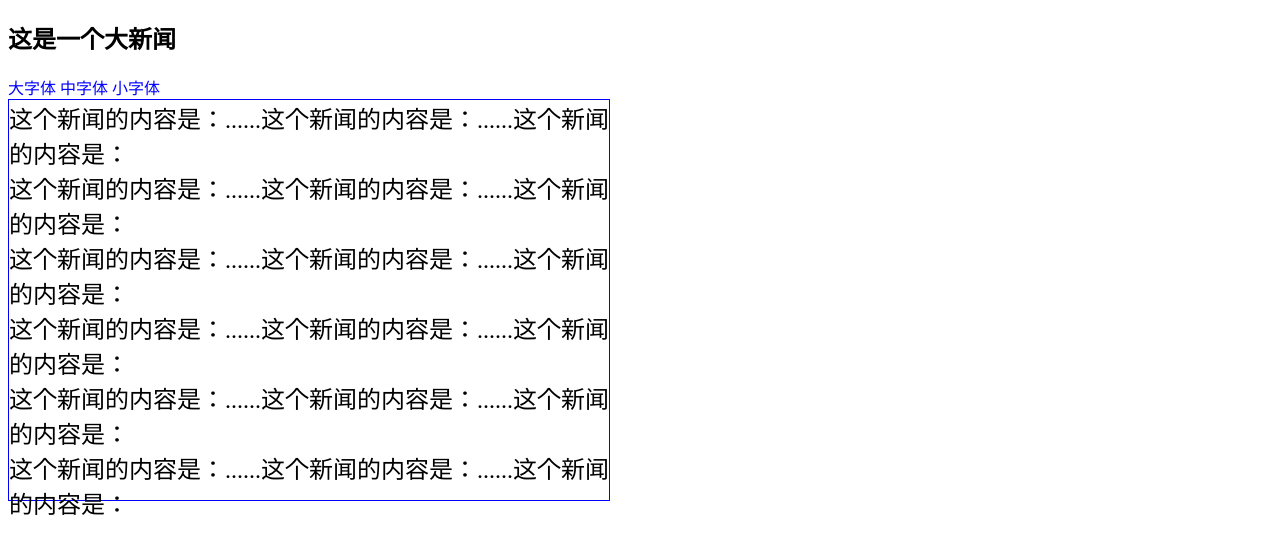
Repository: tangchengjingwen/javaLearningCode
Page: javaLearningCode/day31_html/demo_news.html
These files come from the project's save history. The page is drawn as it stood at one moment and after the next save; the edit follows.
The browser window is 1280 px wide. The pictures show the whole page.
After loading, the first visible `a` was clicked once.

Above is the page before, as saved 2012-05-15 07:14:38.

After the next save:
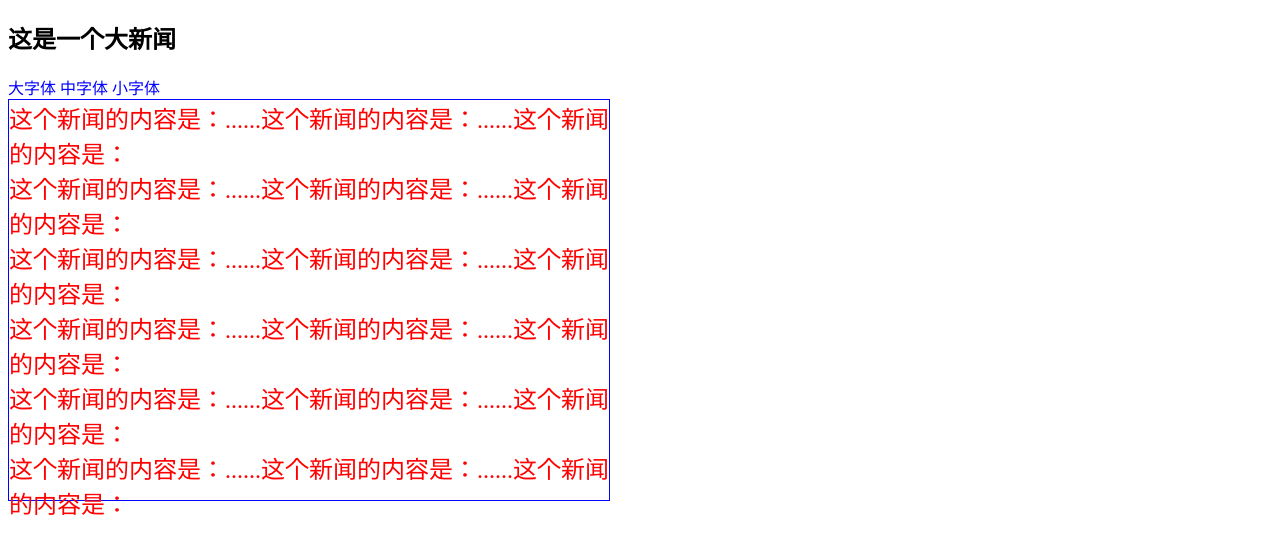
Saved 10 s later.
--- a/javaLearningCode/day31_html/demo_news.html
+++ b/javaLearningCode/day31_html/demo_news.html
@@ -36,6 +36,7 @@
 
 				//2,给div设置样式。
 				divNode.style.fontSize = size;
+				divNode.style.color = clr;
 			}
 		</script>
 
